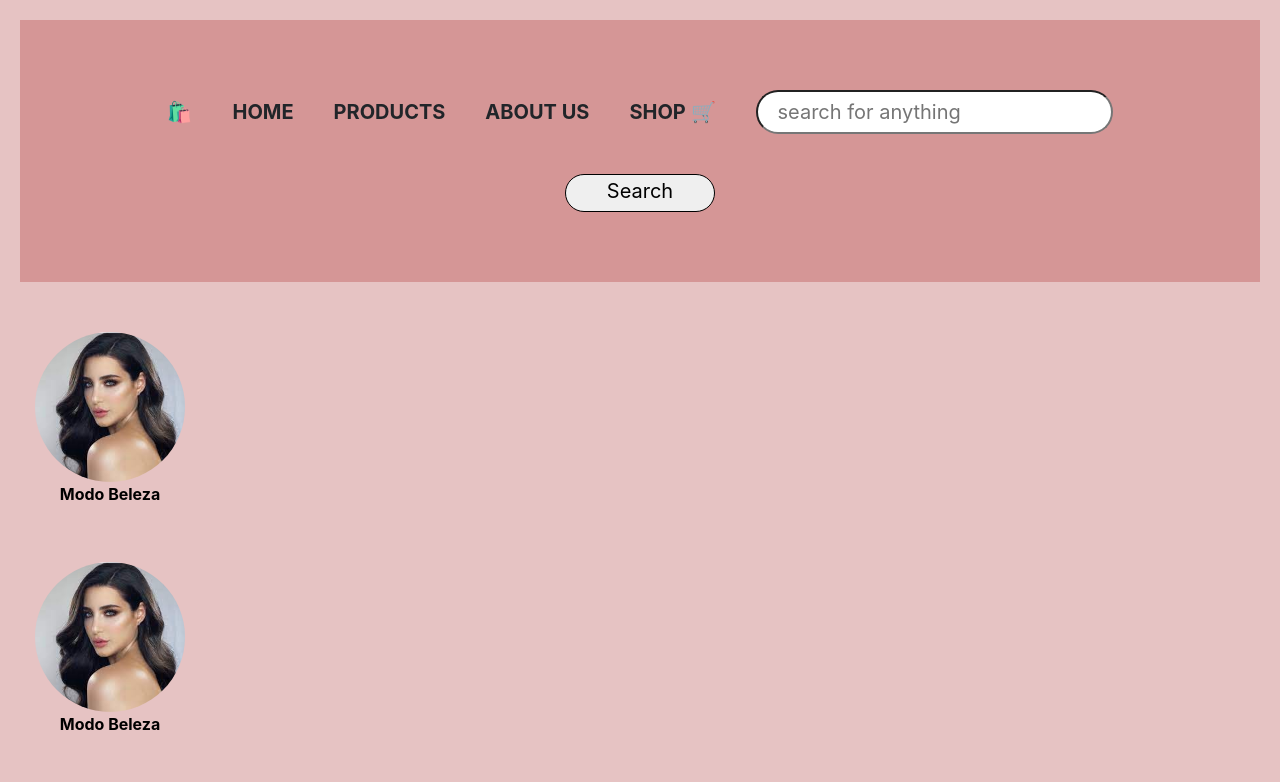
Repository: thf4/Project-Shop
Page: /
The author's editor kept a copy of each file at every save. The page is drawn from the files as they stood at one save, then again after the next save.
The browser window is 1280 px wide. The pictures show the whole page.
The project was rebuilt for these pictures with package versions that can differ from the ones it lists, and the page was loaded fresh each time.

Above is the page before, as saved 2021-04-22 14:28:58.

### src/index.js
import React from 'react';
import ReactDOM from 'react-dom';
import 'bootstrap/dist/css/bootstrap.min.css';
import App from './App'
import Exemplo from './Exemplo'

ReactDOM.render(
  <React.StrictMode>
   <App />
   <Exemplo />
  </React.StrictMode>,
  document.getElementById('root')
);

### src/App.js
/* eslint-disable jsx-a11y/anchor-is-valid */
import "./App.css";

function App() {
  return (
    <div className="App">
      <header className="App-header">
        <ul id="Lista">
          <li>🛍</li>
          <li> HOME </li>
          <li> PRODUCTS </li>
          <li> ABOUT US</li>
          <li> SHOP 🛒</li>
          <li>
            <input
              type="text"
              id="area-find"
              placeholder="search for anything"
            />
          </li>
          <li>
            <button id="button" for="input">
              Search
            </button>
          </li>
        </ul>

      </header>
    </div>
  );
}

export default App;

### src/Exemplo.js
/* eslint-disable jsx-a11y/anchor-is-valid */
import "./Exemplo.css";

function Exemplo(props) {

  return(
    <section  className="navs">

    <NovaFoto />
    <NovaFoto />
    </section>
  )
}

function NovaFoto() {
  return (
    <div className="foto-banner">
      <figure >
        <a href="#">
          <picture>
            <img
              className="foto"
              alt="Beleza"
              src="data:[embedded picture, 8015 characters]"
            />
          </picture>
          <figcaption>
            <a href="#" className="link">
              Modo Beleza
            </a>
          </figcaption>
        </a>
      </figure>
    </div>
  );
}

export default Exemplo;

### src/App.css
.App{
  width: 100%;
  height: auto;
  padding: 20px;
}
body{
  background:#a0171741;
}


#Lista{
  list-style-type: none;
  margin: 0;

  font-weight: bold;
  text-align: center;
  padding: 50px 50px;
}
li{
 display: inline-block;
 font-size: 20px;
 padding: 20px;

}
li:hover{
  color: rgb(209, 9, 59);
}
#button{
  border-radius: 30px;
  border-style: groove;
  border-width: 1px;
  height: 35px;
  width: 150px;
  padding-bottom:35px;
}

#area-find{
  padding:20px;
  border-radius: 50px;
  height: 40px;
  width: 100%;
}
#button:hover{
  border-style: hidden;
}
.App-header{

  background-color: #a0171741;
}

### src/Exemplo.css
.foto-banner{
width:180px;
padding: 10px;
border-radius: 20px;
margin: 20px;
text-align: center;


}
.foto{
  width: 150px;
  border-radius: 120px;
  border-style: hidden  ;

}
.link{
  font-weight: bold;
  color: black;
}
.foto-banner:hover{

border: solid 1px black;


}
@media screen and (max-width: 768px) {
.navs{
  grid-template-columns: (1,2);
}


}

Loaded but not shown: public/index.html (common file)

After the next save:
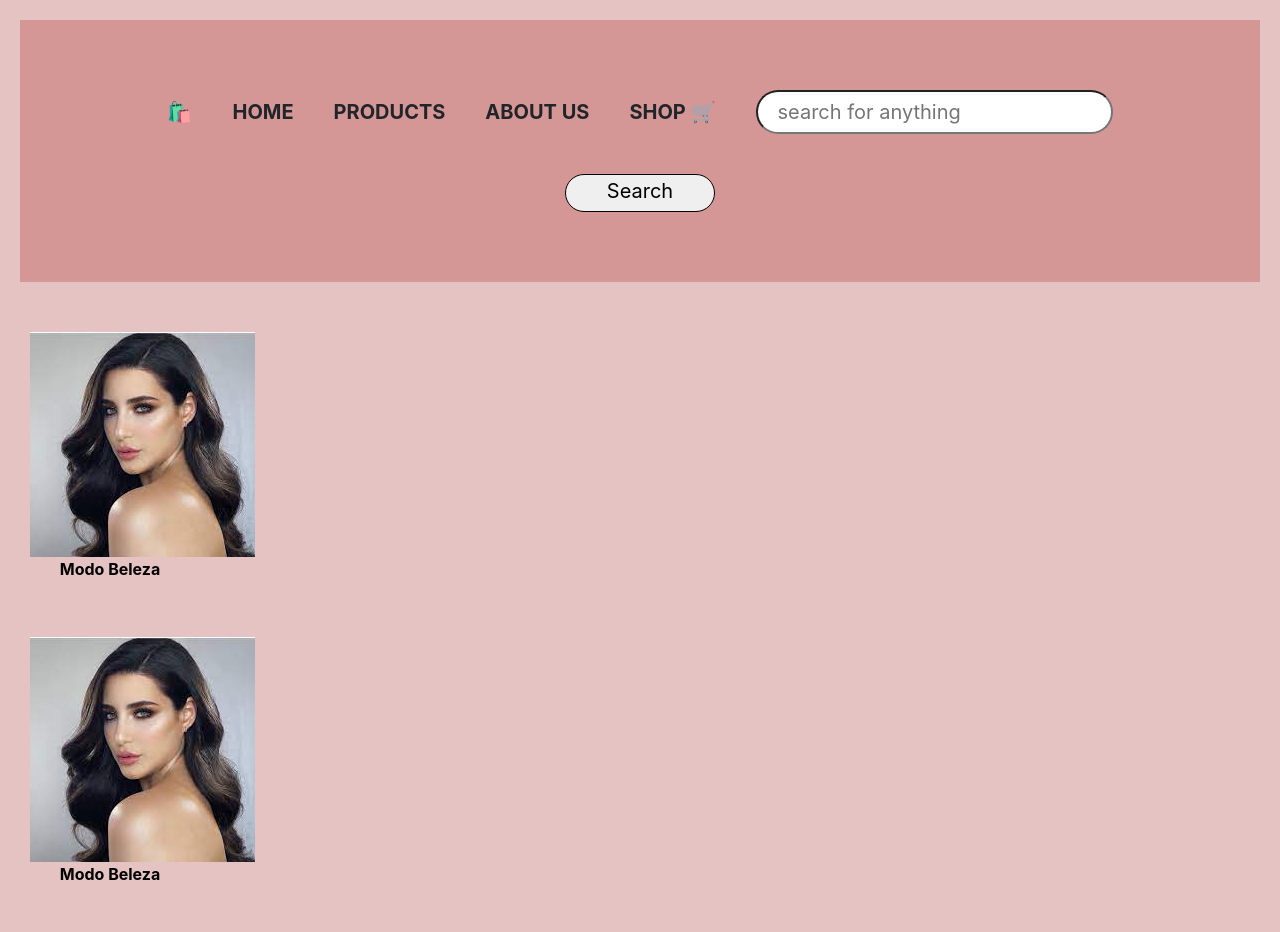
Saved 6 s later.
--- a/src/Exemplo.js
+++ b/src/Exemplo.js
@@ -17,9 +17,9 @@
     <div className="foto-banner">
       <figure >
         <a href="#">
-          <picture>
+          <picture className="foto">
             <img
-              className="foto"
+
               alt="Beleza"
               src="data:[embedded picture, 8015 characters]"
             />

After the save that followed:
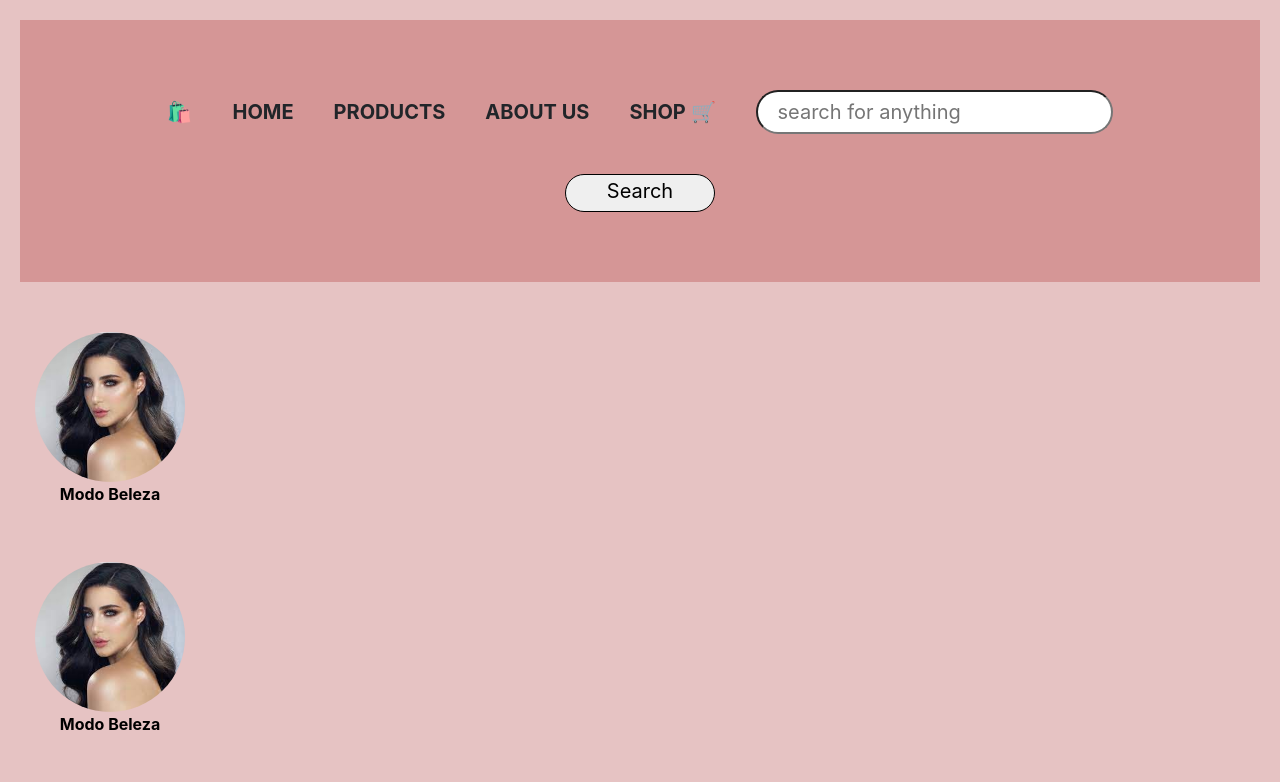
Saved 8 s later.
--- a/src/Exemplo.js
+++ b/src/Exemplo.js
@@ -17,9 +17,9 @@
     <div className="foto-banner">
       <figure >
         <a href="#">
-          <picture className="foto">
+          <picture>
             <img
-
+              className="foto"
               alt="Beleza"
               src="data:[embedded picture, 8015 characters]"
             />
